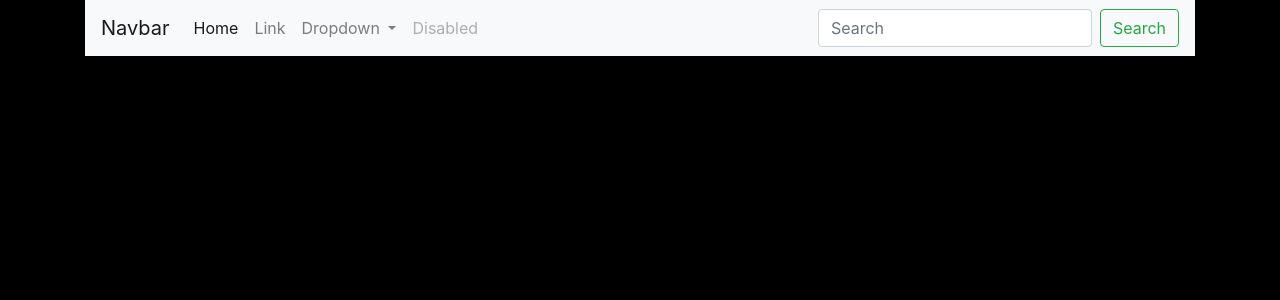
Repository: SudarshanSarnaik/Note_Taker
Page: http://localhost/NoteTaker/
An editor plug-in stored every save of this project. The page is shown before and after the next save, followed by the edit.
The browser window is 1280 px wide. The pictures show the whole page.
The page is served by Tomcat 9.

Above is the page before, as saved 2025-01-28 04:28:55.

After the next save:
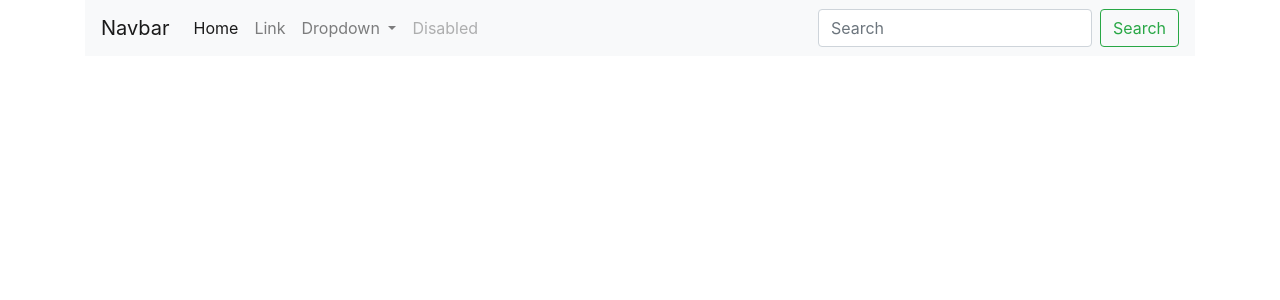
Saved 4 s later.
--- a/NoteTaker/src/main/webapp/css/style.css
+++ b/NoteTaker/src/main/webapp/css/style.css
@@ -1,6 +1,4 @@
-body {
-	background-color: black;
-}
+
 .purple{
 	background: #3f51b5;
 
